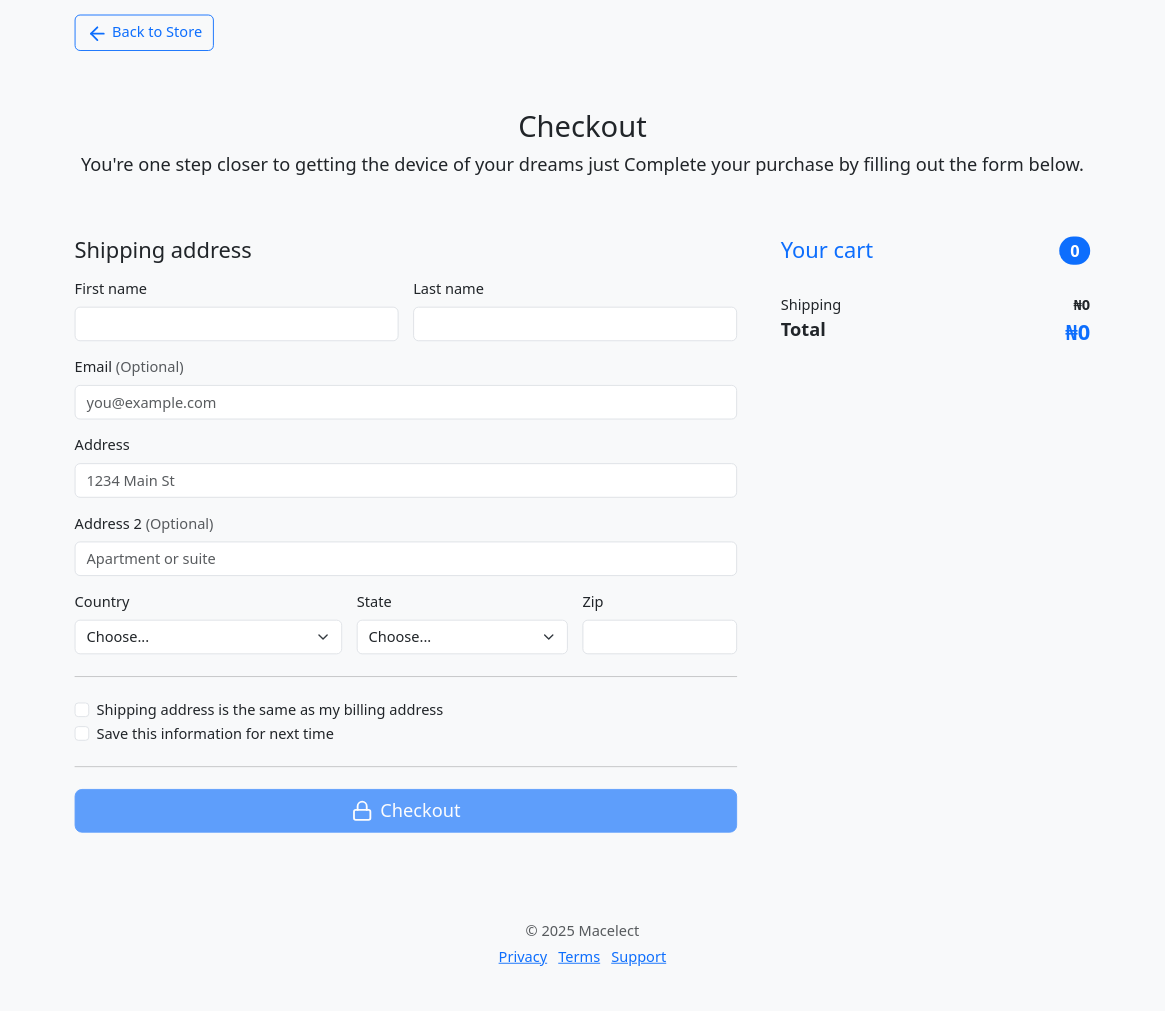
Repository: Davidobi21/macelect
Page: frontend/pages/checkout.html
These files come from the project's save history. The page is drawn as it stood at one moment and after the next save; the edit follows.
The browser window is 1280 px wide. The pictures show the whole page, at 91% of full size.

Above is the page before, as saved 2025-04-30 07:18:21.

### frontend/pages/checkout.html
<!DOCTYPE html>
<html lang="en">
<head>
  <meta charset="UTF-8">
  <meta name="viewport" content="width=device-width, initial-scale=1.0">
  <title>Checkout</title>
  <script src="https://cdn.jsdelivr.net/npm/lucide@latest/dist/umd/lucide.min.js"></script>
  <link href="https://cdn.jsdelivr.net/npm/bootstrap@5.3.0-alpha1/dist/css/bootstrap.min.css" rel="stylesheet">
</head>
<body class="bg-light">
  <div class="container">
    <!-- Back Button -->
    <div class="py-3">
      <a href="../pages/products.html" class="btn btn-outline-primary align-items-center gap-2">
        <i data-lucide="arrow-left"></i> Back to Store
      </a>
    </div>

    <main>
      <div class="py-5 text-center">
        <h2>Checkout</h2>
        <p class="lead">You're one step closer to getting the device of your dreams just Complete your purchase by filling out the form below.</p>
      </div>

      <div class="row g-5">
        <!-- Cart Summary -->
        <div class="col-md-5 col-lg-4 order-md-last">
          <h4 class="d-flex justify-content-between align-items-center mb-3">
            <span class="text-primary">Your cart</span>
            <span class="badge bg-primary rounded-pill cart-count">0</span>
          </h4>
          <ul class="list-group mb-3" id="cart-summary">
            <!-- Cart items will be dynamically populated here -->
          </ul>
          <li class="list-group-item d-flex justify-content-between">
            <span>Shipping</span>
            <strong id="shipping-cost">₦0</strong>
          </li>
          <li class="list-group-item d-flex justify-content-between">
            <span class="fs-5 fw-bold">Total</span>
            <strong id="cart-total" class="fs-4 fw-bold text-primary">₦0</strong>
          </li>
        </div>

        <!-- Billing Form -->
        <div class="col-md-7 col-lg-8">
          <h4 class="mb-3">Shipping address</h4>
          <form>
            <div class="row g-3">
              <div class="col-sm-6">
                <label for="firstName" class="form-label">First name</label>
                <input type="text" class="form-control" id="firstName" placeholder="" value="" required>
              </div>

              <div class="col-sm-6">
                <label for="lastName" class="form-label">Last name</label>
                <input type="text" class="form-control" id="lastName" placeholder="" value="" required>
              </div>

              <div class="col-12">
                <label for="email" class="form-label">Email <span class="text-muted">(Optional)</span></label>
                <input type="email" class="form-control" id="email" placeholder="you@example.com">
              </div>

              <div class="col-12">
                <label for="address" class="form-label">Address</label>
                <input type="text" class="form-control" id="address" placeholder="1234 Main St" required>
              </div>

              <div class="col-12">
                <label for="address2" class="form-label">Address 2 <span class="text-muted">(Optional)</span></label>
                <input type="text" class="form-control" id="address2" placeholder="Apartment or suite">
              </div>

              <div class="col-md-5">
                <label for="country" class="form-label">Country</label>
                <select class="form-select" id="country" required>
                  <option value="">Choose...</option>
                  <option value="Nigeria">Nigeria</option>
                  <option value="United States">United States</option>
                </select>
              </div>

              <div class="col-md-4">
                <label for="state" class="form-label">State</label>
                <select class="form-select" id="state" required>
                  <option value="">Choose...</option>
                  <option value="Lagos">Lagos</option>
                  <option value="California">California</option>
                </select>
              </div>

              <div class="col-md-3">
                <label for="zip" class="form-label">Zip</label>
                <input type="text" class="form-control" id="zip" placeholder="" required>
              </div>
            </div>

            <hr class="my-4">

            <div class="form-check">
              <input type="checkbox" class="form-check-input" id="same-address">
              <label class="form-check-label" for="same-address">Shipping address is the same as my billing address</label>
            </div>

            <div class="form-check">
              <input type="checkbox" class="form-check-input" id="save-info">
              <label class="form-check-label" for="save-info">Save this information for next time</label>
            </div>

            <hr class="my-4">

            <button id="checkoutButton" class="w-100 btn btn-primary btn-lg d-flex align-items-center justify-content-center gap-2" type="submit" disabled>
              <i id="padlockIcon" data-lucide="lock"></i> Checkout
            </button>
          </form>
        </div>
      </div>
    </main>

    <footer class="my-5 pt-5 text-muted text-center text-small">
      <p class="mb-1">© 2025 Macelect</p>
      <ul class="list-inline">
        <li class="list-inline-item"><a href="../pages/fqa.html">Privacy</a></li>
        <li class="list-inline-item"><a href="../pages/fqa.html">Terms</a></li>
        <li class="list-inline-item"><a href="../pages/fqa.html">Support</a></li>
      </ul>
    </footer>
  </div>
  <script src="https://cdn.jsdelivr.net/npm/bootstrap@5.3.0-alpha1/dist/js/bootstrap.bundle.min.js"></script>
  <script>
    document.addEventListener("DOMContentLoaded", () => {
      lucide.createIcons(); // Initialize Lucide icons

      const cartSummary = document.getElementById("cart-summary");
      const cartTotal = document.getElementById("cart-total");
      const shippingCostElement = document.getElementById("shipping-cost");
      const cartCount = document.querySelector(".cart-count");
      const countrySelect = document.getElementById("country");
      const stateSelect = document.getElementById("state");
      const checkoutButton = document.getElementById("checkoutButton");
      const padlockIcon = document.getElementById("padlockIcon");
      const formInputs = document.querySelectorAll("#firstName, #lastName, #email, #address, #country, #state, #zip");

      const cart = JSON.parse(localStorage.getItem("cart")) || [];
      let total = 0;

      function calculateShippingCost(country, state) {
        if (country === "Nigeria") {
          if (state === "Lagos") return 500; // Example shipping cost for Lagos
          return 1000; // Example shipping cost for other states in Nigeria
        } else if (country === "United States") {
          return 5000; // Example shipping cost for the US
        }
        return 0; // Default shipping cost
      }

      function updateCartSummary() {
        cartSummary.innerHTML = ""; // Clear existing content
        total = 0;

        cart.forEach(item => {
          const itemTotal = item.price * item.quantity;
          total += itemTotal;

          const listItem = document.createElement("li");
          listItem.className = "list-group-item d-flex justify-content-between lh-sm";
          listItem.innerHTML = `
            <div>
              <h6 class="my-0">${item.name}</h6>
              <small class="text-muted">Quantity: ${item.quantity}</small>
            </div>
            <span class="text-muted">₦${itemTotal.toLocaleString()}</span>
          `;
          cartSummary.appendChild(listItem);
        });

        const country = countrySelect.value;
        const state = stateSelect.value;
        const shippingCost = calculateShippingCost(country, state);

        shippingCostElement.textContent = `₦${shippingCost.toLocaleString()}`;
        cartTotal.textContent = `₦${(total + shippingCost).toLocaleString()}`;
        cartCount.textContent = cart.reduce((count, item) => count + item.quantity, 0);

        validateCheckoutButton(); // Check if the button should be enabled
      }

      function validateCheckoutButton() {
        const isFormValid = Array.from(formInputs).every(input => input.value.trim() !== "");
        const isCartNotEmpty = cart.length > 0;

        if (isFormValid && isCartNotEmpty) {
          checkoutButton.disabled = false;
          padlockIcon.setAttribute("data-lucide", "unlock");
        } else {
          checkoutButton.disabled = true;
          padlockIcon.setAttribute("data-lucide", "lock");
        }
        lucide.createIcons(); // Refresh Lucide icons
      }

      formInputs.forEach(input => {
        input.addEventListener("input", validateCheckoutButton);
      });

      countrySelect.addEventListener("change", updateCartSummary);
      stateSelect.addEventListener("change", updateCartSummary);

      updateCartSummary(); // Initial update
    });
  </script>
</body>
</html>

After the next save:
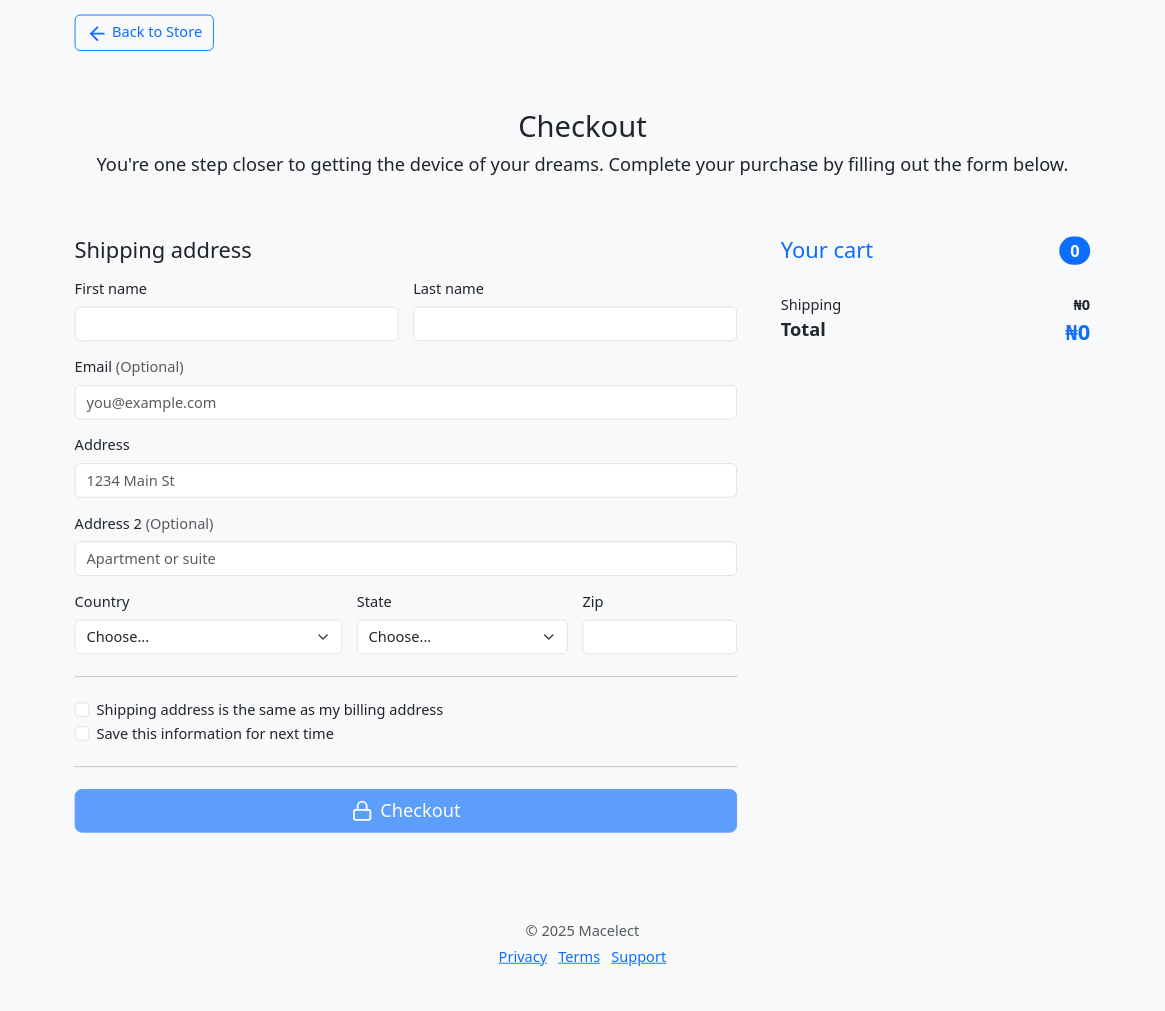
Saved 3 min 13 s later.
--- a/frontend/pages/checkout.html
+++ b/frontend/pages/checkout.html
@@ -19,7 +19,7 @@
     <main>
       <div class="py-5 text-center">
         <h2>Checkout</h2>
-        <p class="lead">You're one step closer to getting the device of your dreams just Complete your purchase by filling out the form below.</p>
+        <p class="lead">You're one step closer to getting the device of your dreams. Complete your purchase by filling out the form below.</p>
       </div>
 
       <div class="row g-5">
@@ -197,7 +197,7 @@
           checkoutButton.disabled = true;
           padlockIcon.setAttribute("data-lucide", "lock");
         }
-        lucide.createIcons(); // Refresh Lucide icons
+        lucide.createIcons(); // Refresh Lucide icons after updating the padlock
       }
 
       formInputs.forEach(input => {
